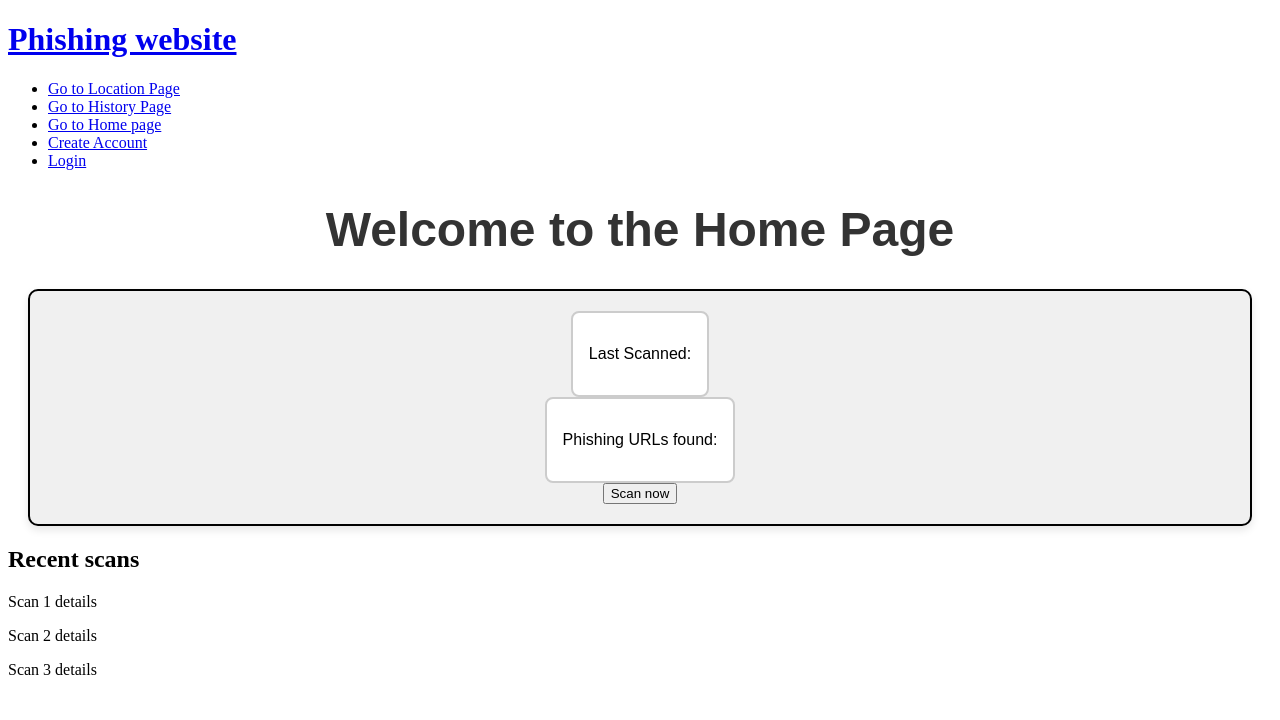
Repository: 2305199/Final-year-project
Page: / (app in frontend/)
These files come from the project's save history. The page is drawn as it stood at one moment and after the next save; the edit follows.
The browser window is 1280 px wide. The pictures show the whole page.
The project was rebuilt for these pictures with package versions that can differ from the ones it lists, and the page was loaded fresh each time. Also part of the build but not shown: frontend/vite.config.js, frontend/src/Location/Location.jsx, frontend/src/History/History.jsx, frontend/src/User/CreateAccount.jsx, frontend/src/User/Login.jsx.

Above is the page before, as saved 2026-01-29 01:01:28.

### frontend/src/App.jsx
import { BrowserRouter as Router, Routes, Route } from 'react-router-dom';
import Home from './Home/Home.jsx'
import Location from './Location/Location.jsx'
import History from './History/History.jsx'
import CreateAccount from './User/CreateAccount.jsx'
import Login from './User/Login.jsx'
import Header from './components/Header.jsx'

function App() {

  return (
    <Router>
    <Header />
   <Routes>
      <Route path="/" element={<Home />} />
      <Route path="/location" element={<Location />} />
      <Route path="/history" element={<History />} />
      <Route path="/createAccount" element={<CreateAccount />} />
      <Route path="/login" element={<Login />} />
   </Routes>
    </Router>
  )
}

export default App

### frontend/src/Home/Home.jsx
import styles from './Home.module.css'
function Home() {
    return ( <div>
        <div className={styles.title}> <h1>Welcome to the Home Page</h1></div>


    <div className={styles.Box}>
        <div className={styles.Lscanned} ><p>Last Scanned:</p></div>
        <div className={styles.Pfound}><p>Phishing URLs found:</p></div>
        <button>Scan now</button>
    </div>

    <div>
        <h2>Recent scans</h2>
        <div className={styles.recentScans}>
            <div className={styles.scanCard}><p>Scan 1 details</p></div>
            <div className={styles.scanCard}><p>Scan 2 details</p></div>
            <div className={styles.scanCard}><p>Scan 3 details</p></div>
        </div>
    </div>

    </div>)
}
export default Home

### frontend/src/components/Header.jsx
function Header() {
    return (<div>
    <h1> <a href="/">Phishing website </a></h1>
     <ul>
        <li><a href="/location">Go to Location Page</a></li>
        <li><a href="/history">Go to History Page</a></li>
        <li><a href="/">Go to Home page</a></li>
        <li><a href="/createAccount">Create Account</a></li>
        <li><a href="/login">Login</a></li>
    </ul>
    </div>)

}
export default Header

### frontend/src/Home/Home.module.css
.title{
    text-align: center;
    font-size: 1.5rem;
    margin-bottom: 20px;
    color: #333;
    font-family: 'Arial', sans-serif;
}
.Box{
    display: flex;
    flex-direction: column;
    align-items: center;
    justify-content: center;
   border: 2px solid black;
    padding: 20px;
    margin: 20px;
    background-color: #f0f0f0;
    border-radius: 10px;
    box-shadow: 0 4px 8px rgba(0, 0, 0, 0.1);

}
.container {
  display: grid;
  gap: 20px;
}

.Lscanned {
  border: 2px solid #ccc;
  padding: 16px;
  border-radius: 8px;
  background-color: #ffffff;
   font-family: 'Arial', sans-serif;
   text-align: right;
}
.Pfound {
  border: 2px solid #ccc;
  padding: 16px;
  border-radius: 8px;
  background-color: #ffffff;
   font-family: 'Arial', sans-serif;
    text-align: left;
}

Loaded but not shown: frontend/index.html (common file); frontend/src/main.jsx (common file); frontend/src/index.css (no stored copy; drawn as an empty file)

After the next save:
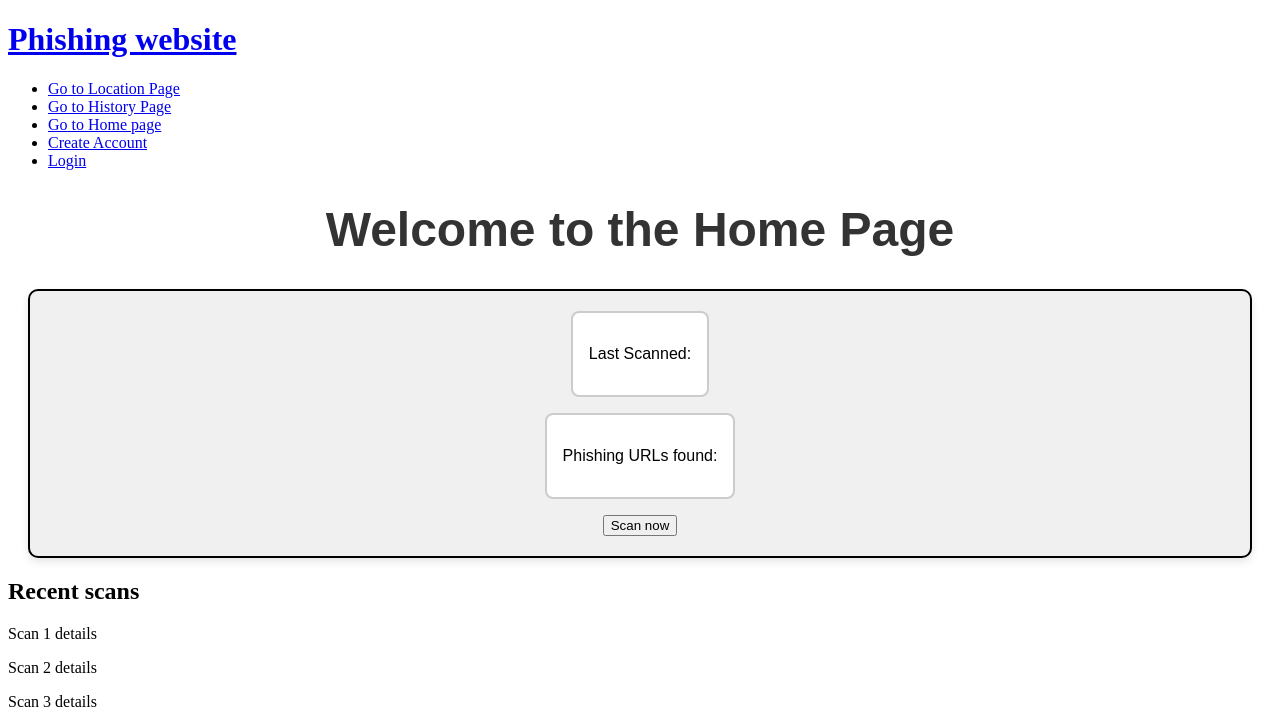
Saved 31 s later.
--- a/frontend/src/Home/Home.module.css
+++ b/frontend/src/Home/Home.module.css
@@ -39,3 +39,10 @@
    font-family: 'Arial', sans-serif;
     text-align: left;
 }
+.Box {
+  display: flex;
+  justify-content: space-between; /* left and right */
+  align-items: center;            /* vertically aligned */
+  gap: 16px;
+  margin-bottom: 20px;
+}
